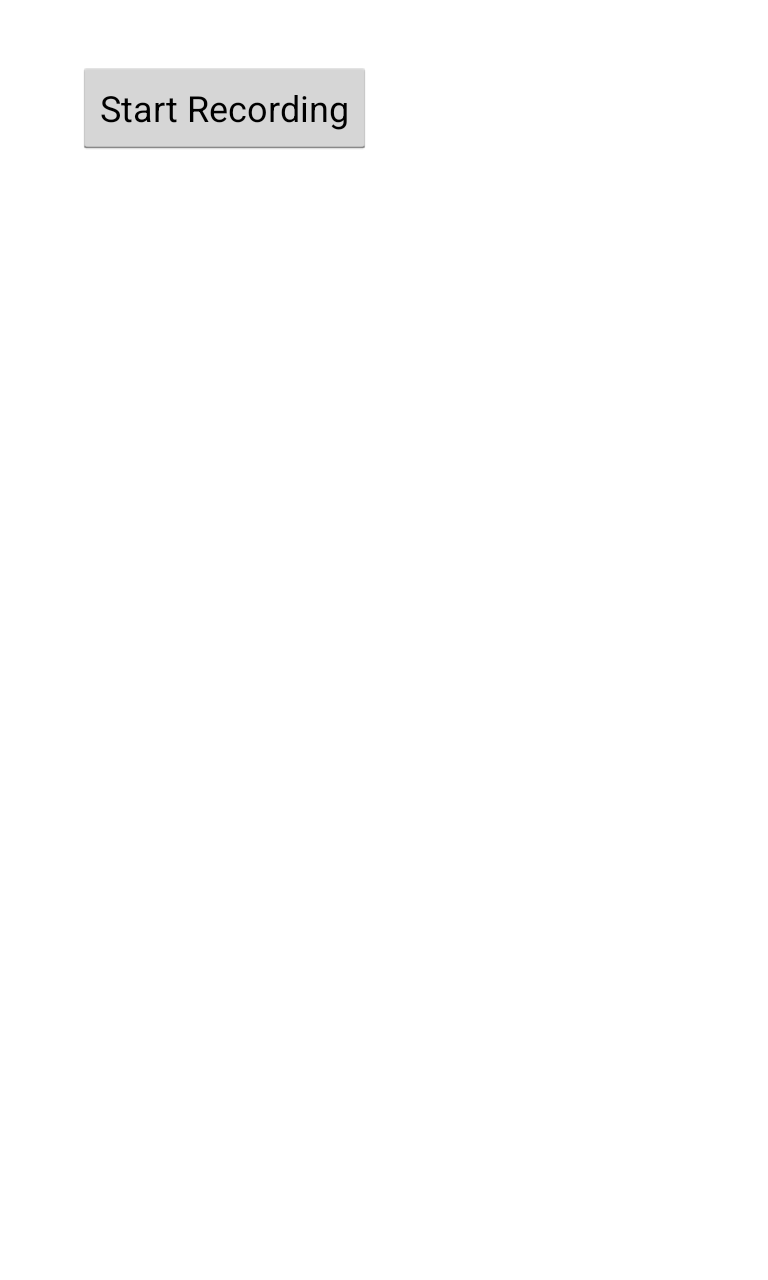
Repository: a20r/locaudio
Layout: app/Locabean/res/layout/activity_node.xml
The author's editor kept a copy of each file at every save. The layout is drawn from the files as they stood at one save, then again after the next save.
It is drawn on a 768 x 1280 px phone screen (xhdpi) without system bars, with theme AppTheme; the app's code is not run.

Above is the layout before, as saved 2014-01-18 19:28:41.

After the next save:
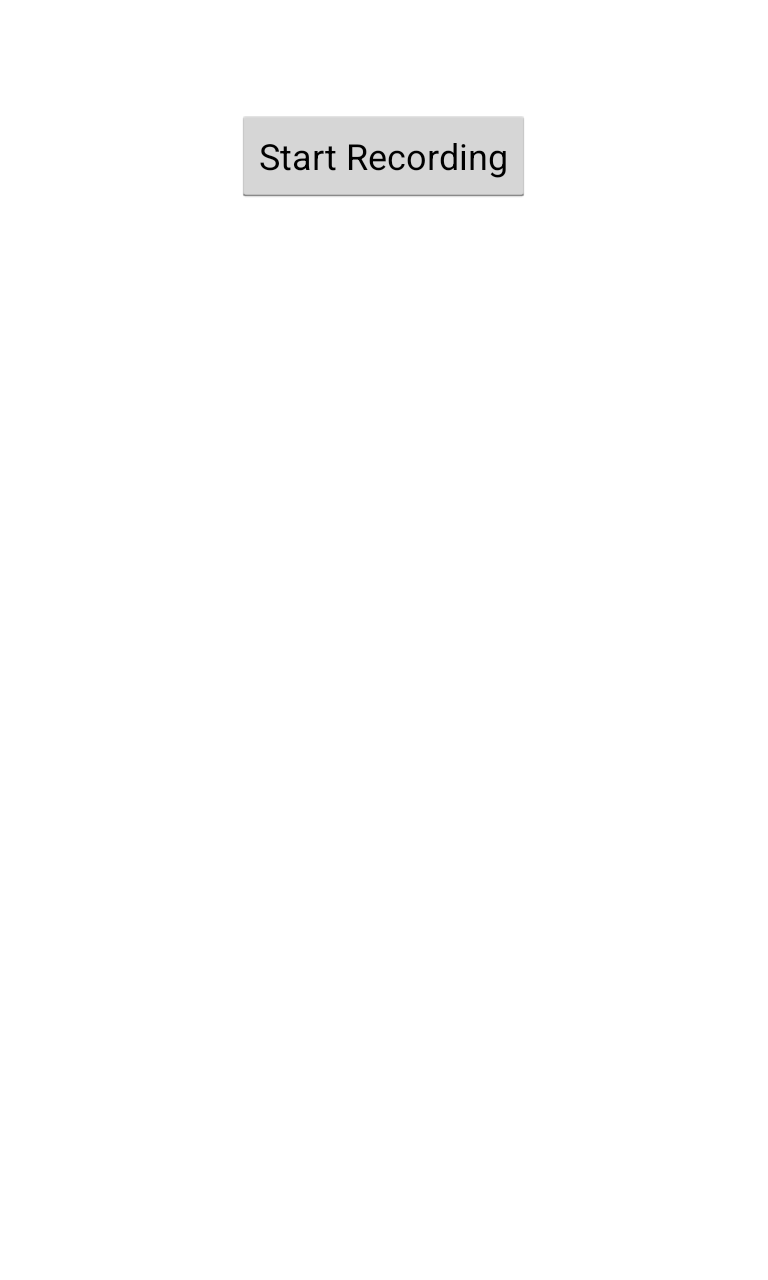
Saved 35 s later.
--- a/app/Locabean/res/layout/activity_node.xml
+++ b/app/Locabean/res/layout/activity_node.xml
@@ -12,10 +12,9 @@
         android:id="@+id/btnStart"
         android:layout_width="wrap_content"
         android:layout_height="wrap_content"
-        android:layout_alignParentLeft="true"
         android:layout_alignParentTop="true"
-        android:layout_marginLeft="22dp"
-        android:layout_marginTop="14dp"
+        android:layout_centerHorizontal="true"
+        android:layout_marginTop="38dp"
         android:text="Start Recording" />
 
 </RelativeLayout>
